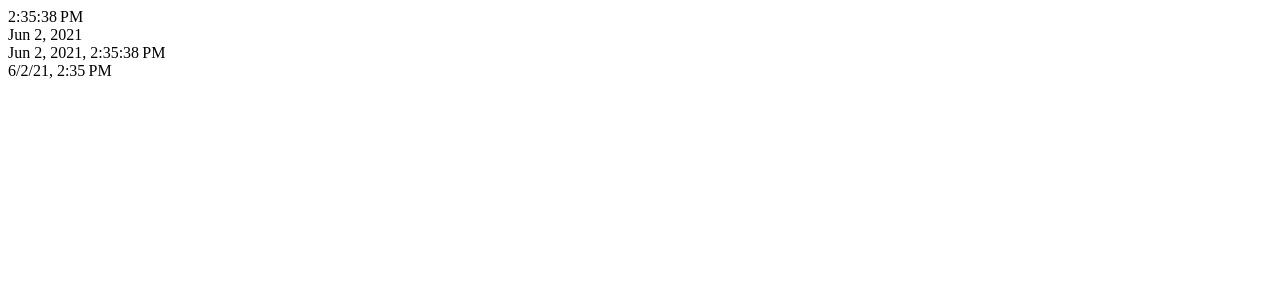
Repository: JungInBaek/Servlet-JSP
Page: http://localhost/edu/jstl_exam/exam13.jsp
The author's editor kept a copy of each file at every save. The page is drawn from the files as they stood at one save, then again after the next save.
The browser window is 1280 px wide. The pictures show the whole page.
The page is served by Tomcat 9. Other server files are loaded and not shown.

Above is the page before, as saved 2021-08-15 09:53:51.

### edu/src/main/webapp/jstl_exam/exam13.jsp
<%@ page language="java" contentType="text/html; charset=UTF-8"
    pageEncoding="UTF-8"%>
<%@ taglib prefix="c" uri="http://java.sun.com/jsp/jstl/core" %>
<%@ taglib prefix="fmt" uri="http://java.sun.com/jsp/jstl/fmt" %>


<c:set var="now" value="<%= new java.util.Date() %>" />
<fmt:formatDate type="time" value="${now}" /> <br/>
<fmt:formatDate type="date" value="${now}" /> <br/>
<fmt:formatDate type="both" value="${now}" /> <br/>
<fmt:formatDate type="both" dateStyle="short" timeStyle="short" value="${now}" /> <br/>

After the next save:
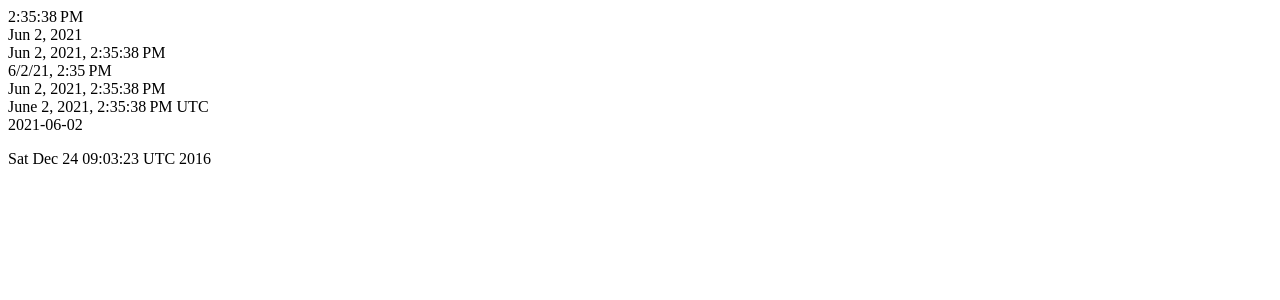
Saved 4 min 22 s later.
--- a/edu/src/main/webapp/jstl_exam/exam13.jsp
+++ b/edu/src/main/webapp/jstl_exam/exam13.jsp
@@ -9,3 +9,9 @@
 <fmt:formatDate type="date" value="${now}" /> <br/>
 <fmt:formatDate type="both" value="${now}" /> <br/>
 <fmt:formatDate type="both" dateStyle="short" timeStyle="short" value="${now}" /> <br/>
+<fmt:formatDate type="both" dateStyle="medium" timeStyle="medium" value="${now}" /> <br/>
+<fmt:formatDate type="both" dateStyle="long" timeStyle="long" value="${now}" /> <br/>
+<fmt:formatDate pattern="yyyy-MM-dd" value="${now}" /> <br/>
+
+<fmt:parseDate value="2016-12-24 09:03:23" pattern="yyyy-MM-dd HH:mm:ss" var="date" />
+<p>${date}</p>
